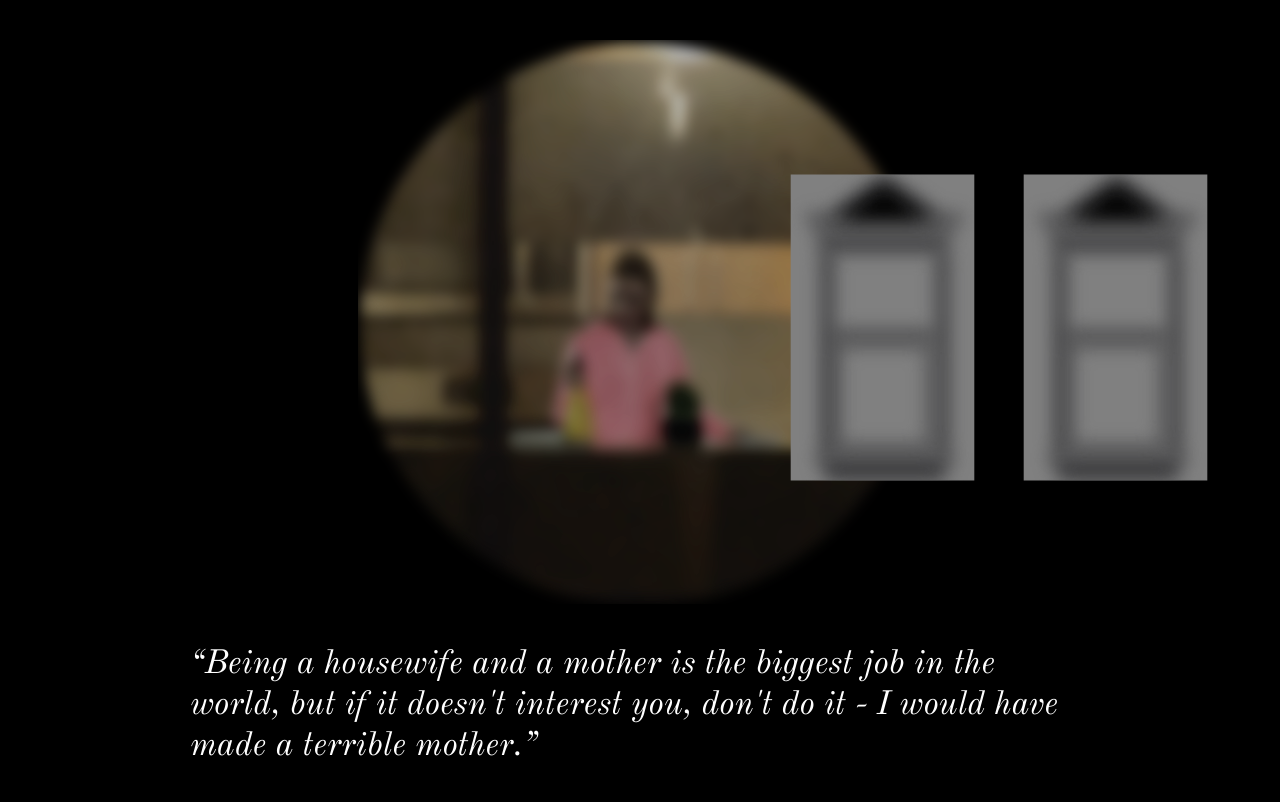
Repository: ConnyPinto/connypinto.github.io
Page: studio/space/final-space/room2.html
The author's editor kept a record of every edit. The page is drawn from the files as they stood at one moment, then again after the next edit.
The browser window is 1280 px wide. The pictures show the whole page.
Some web libraries are served in a nearby version.

Above is the page before.

After the next edit:
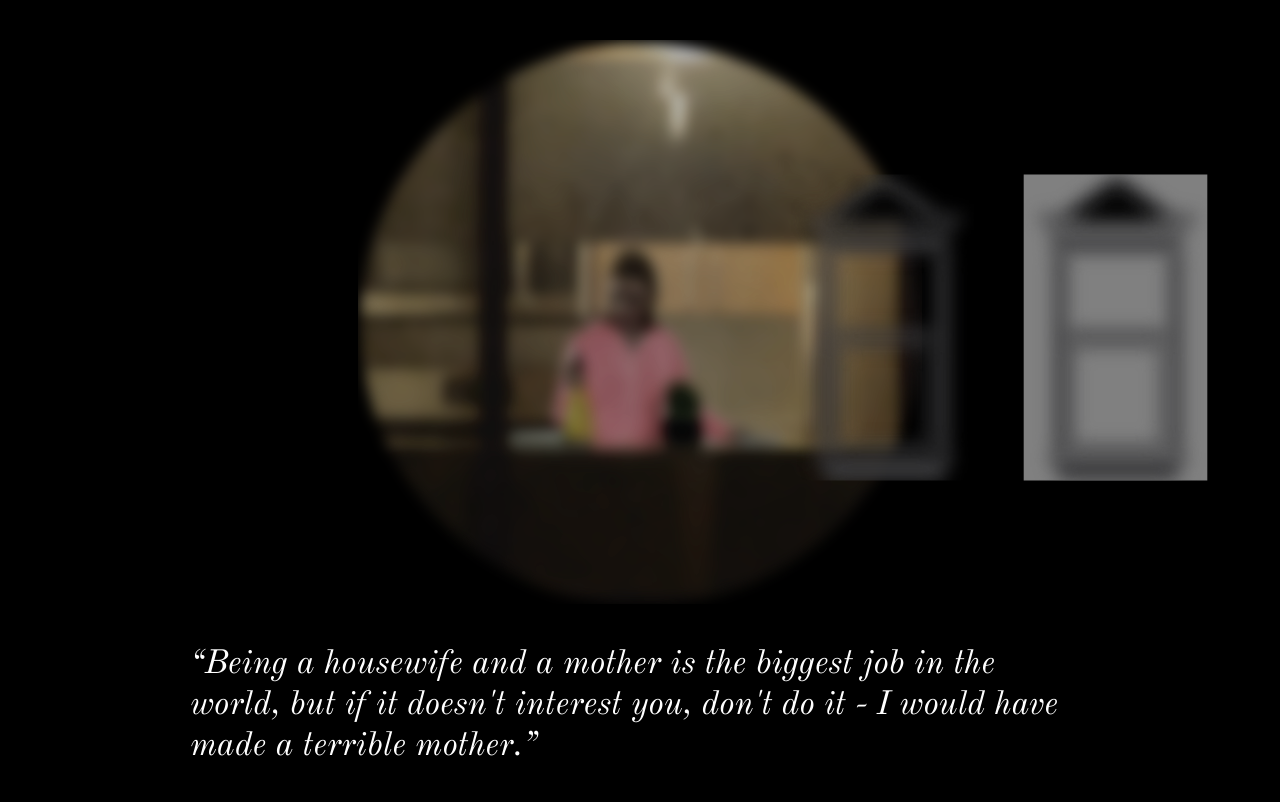
The edit:
--- a/studio/space/final-space/room2.html
+++ b/studio/space/final-space/room2.html
@@ -21,7 +21,7 @@
     margin-right:80px;
     margin-top:160px;"></a>
 
-          <a href="room.html" class="right-window"
+          <a href="room1.html" class="left-window"
         style="background-image: url(images/grey-blur-02-02.png);
     background-repeat: no-repeat;
     transform: scale(1.2);
